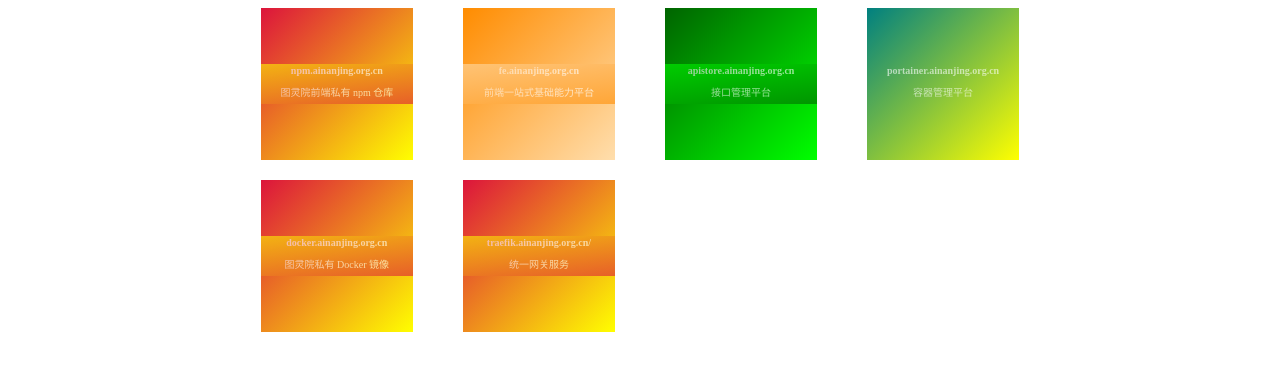
Repository: heweiwei1/portainer
Page: index.html
These files come from the project's save history. The page is drawn as it stood at one moment and after the next save; the edit follows.
The browser window is 1280 px wide. The pictures show the whole page.

Above is the page before, as saved 2021-04-13 17:59:45.

After the next save:
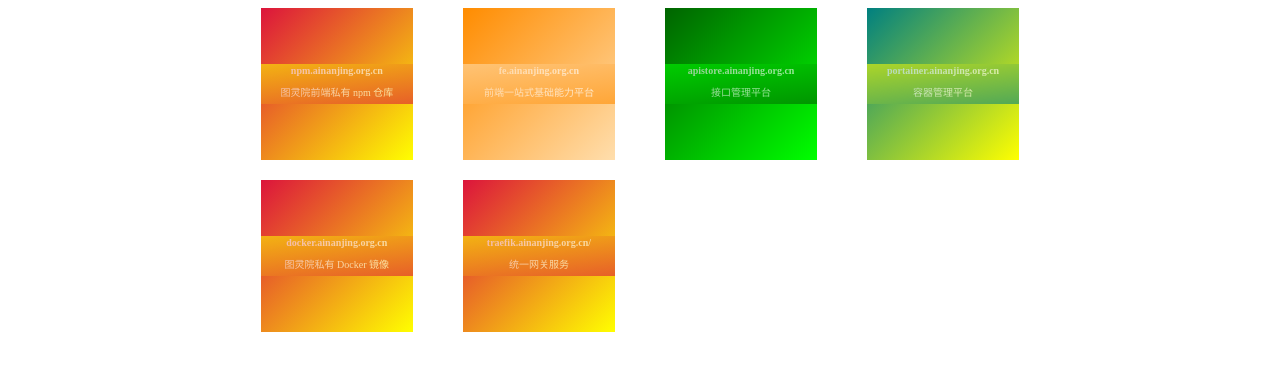
Saved 4 s later.
--- a/index.css
+++ b/index.css
@@ -63,7 +63,7 @@ a {
   background-image: linear-gradient(to bottom right,#008080,#ffff00);
 }
 .demo-4 .trans{
-  background-image: linear-gradient(to top left,##008080,#ffff00);
+  background-image: linear-gradient(to top left,#008080,#ffff00);
 }
 .demo-5 {
   background-image: linear-gradient(to bottom right,#dc143c,#ffff00);
